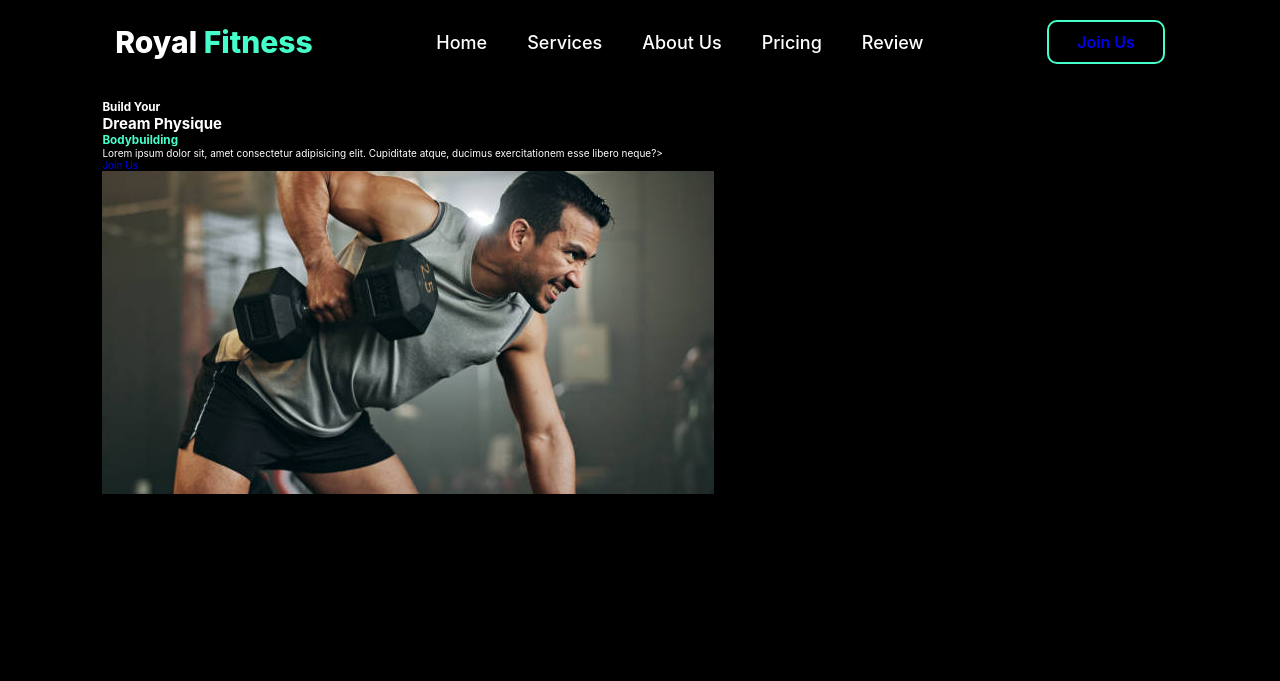
Repository: hawamubarakk/Gym-Website
Page: index.html
These files come from the project's save history. The page is drawn as it stood at one moment and after the next save; the edit follows.
The browser window is 1280 px wide. The pictures show the whole page.

Above is the page before, as saved 2026-02-01 13:23:16.

### index.html
<!DOCTYPE html>
<html lang="en">
<head>
    <meta charset="UTF-8">
    <meta name="viewport" content="width=device-width, initial-scale=1.0">
    <link href='https://unpkg.com/boxicons@2.1.4/css/boxicons.min.css' rel='stylesheet'>
    <link rel="stylesheet" href="style.css">
    <title>Royal Fitness</title>
</head>
<body>
    <!-- Header section code -->
     <header>
        <a href="#home" class = "logo">Royal <span>Fitness</span></a>

        <div class='bx bx-menu' id="menu-icon"></div>
        <ul class="navbar">
            <li><a href="#home">Home</a></li>
            <li><a href="#services">Services</a></li>
            <li><a href="#about">About Us</a></li>
            <li><a href="#plans">Pricing</a></li>
            <li><a href="#review">Review</a></li>
        </ul>

        <div class="top-btn">
            <a href="#" class = "nav-btn">Join Us</a>
        </div>
     </header>

     <!-- Home Section Code-->

     <section class = "home" id="home">
        <div class="home-content">

            <h3>Build Your</h3>
            <h1>Dream Physique</h1>
            <h3><span class = "multiple-text">Bodybuilding</span></h3>

            <p>Lorem ipsum dolor sit, amet consectetur adipisicing elit. Cupiditate atque, ducimus exercitationem esse libero neque?></p>

            <a href="#" class="btn">Join Us</a>

            <div class="home-img">
                <img src="Images/image 8.jpg" alt="Hero Image">
            </div>
        </div>
     </section>
</body>
</html>

### style.css
* {
    margin: 0;
    padding: 0;
    box-sizing: border-box;
    text-decoration: none;
    list-style: none;
    border: none;
    outline: none;
    scroll-behavior: smooth;
    font-family: -apple-system, sans-serif;
}

:root {
    --bg-color: #000;
    --snd-bg-color: #111;
    --text-color: #fff;
    --main-color: #45ffca;
}

html {
    font-size: 62.5%;
    overflow-x: hidden;
}

body {
    background: var(--bg-color);
    color: var(--text-color);
}

section {
    min-height: 100vh;
    padding: 10rem 8% 2rem;
}

/* Header section code */

header {
    position: fixed;
    width: 100%;
    top: 0;
    right: 0;
    z-index: 1000;
    display: flex;
    justify-content: space-between;
    align-items: center;
    padding: 2rem 9%;
    background: rgba(0, 0, 0, 0.5);
    backdrop-filter: blur(10px);
    transition: all 0.5s ease;
}

.logo {
    font-size: 3rem;
    color: var(--text-color);
    font-weight: 800;
    cursor: pointer;
    transition: 0.3s ease-in-out;
}

.logo:hover {
    transform: scale(1.1);
}

span {
    color: var(--main-color);
}

.navbar {
    display: flex;
    gap: 4rem;
}
.navbar a {
    font-size: 1.8rem;
    font-weight: 500;
    color: var(--text-color);
    margin-left: 0;
    transition: all 0.5s ease;
    border-bottom: 3px solid transparent;
}

.navbar a:hover,
.navbar a.active {
    color: var(--main-color);
    border-bottom: 3px solid var(--main-color);
}

.nav-btn {
    display: inline-block;
    padding: 1rem 2.8rem;
    background: transparent;
    color: var(--main color);
    border: 2px solid var(--main-color);
    border-radius: 1rem;
    font-size: 1.6rem;
    font-weight: 600;
    transition: all 0.5s ease;

}

.nav-btn:hover {
    background: var(--main-color);
    color: var(--text-color);
    box-shadow: 0 0 18px var(--main-color);
}

#menu-icon {
    font-size: 3.6rem;
    color: var(--main-color);
    cursor: pointer;
    display: none;

}

After the next save:
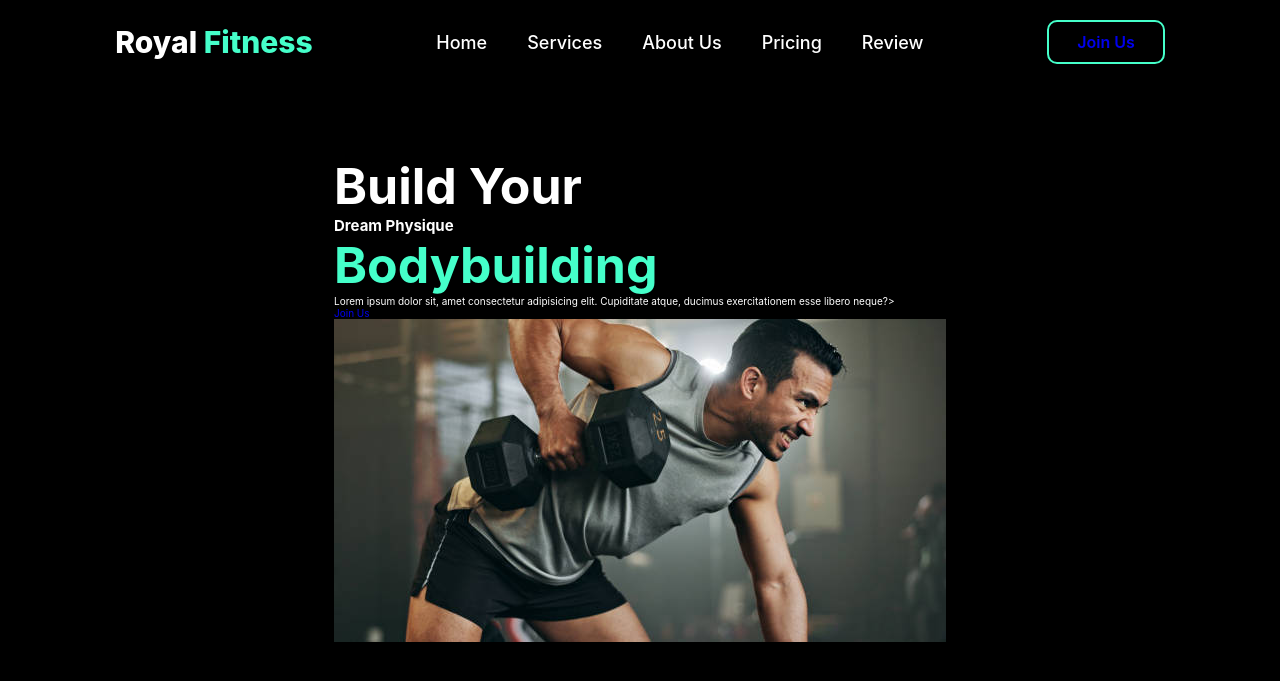
Saved 5 min 25 s later.
--- a/style.css
+++ b/style.css
@@ -110,3 +110,16 @@
     display: none;
 
 }
+
+/* Home section code*/
+
+.home {
+    display: flex;
+    justify-content: center;
+    align-items: center;
+}
+
+.home-content h3 {
+    font-size: 5rem;
+    font-weight: 700
+}
